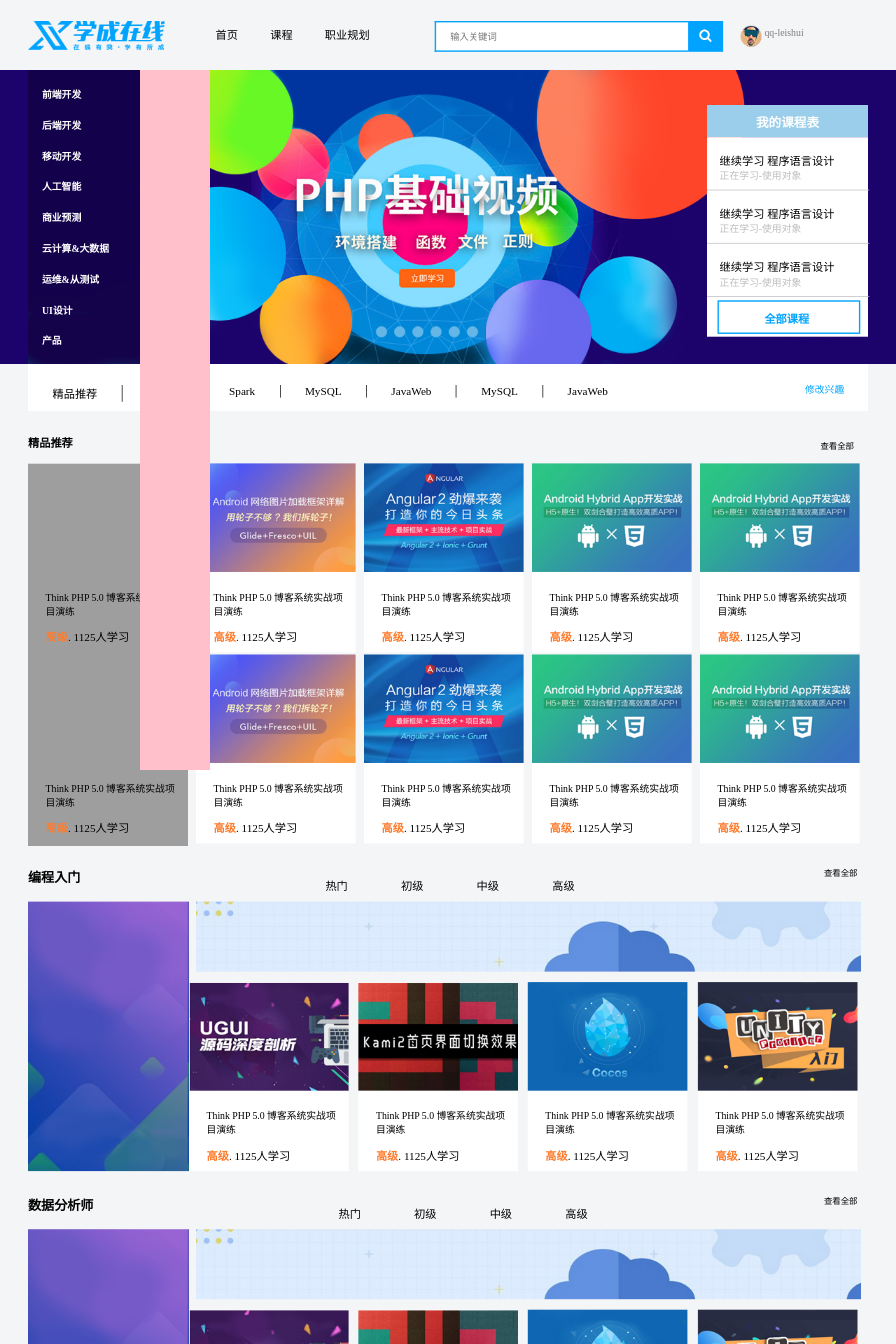
Repository: try-18/web-page-1
Page: index.html
These files come from the project's save history. The page is drawn as it stood at one moment and after the next save; the edit follows.
The browser window is 1280 px wide. The pictures show the part of the page from y = 0 to 1920 px (the page is 3340 px tall), at 70% of full size.
Pictures or frames that could not be fetched are drawn as grey boxes.

Above is the page before, as saved 2021-11-02 11:48:29.

After the next save:
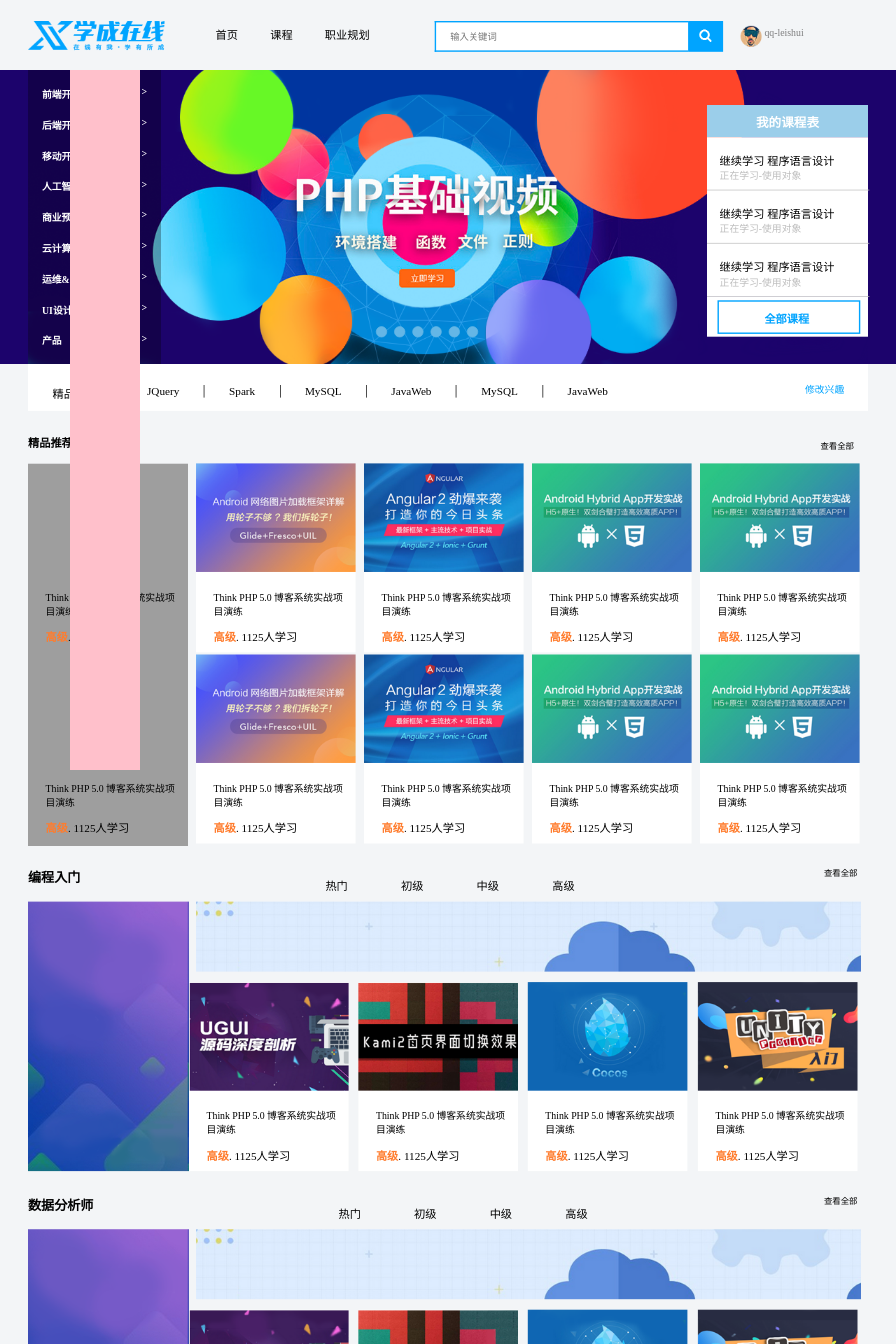
Saved 13 s later.
--- a/index.css
+++ b/index.css
@@ -607,6 +607,6 @@
     height: 1000px;
     position: fixed;
     top: 100px;
-    left: 200px;
+    left: 100px;
     background-color: pink;
 }
